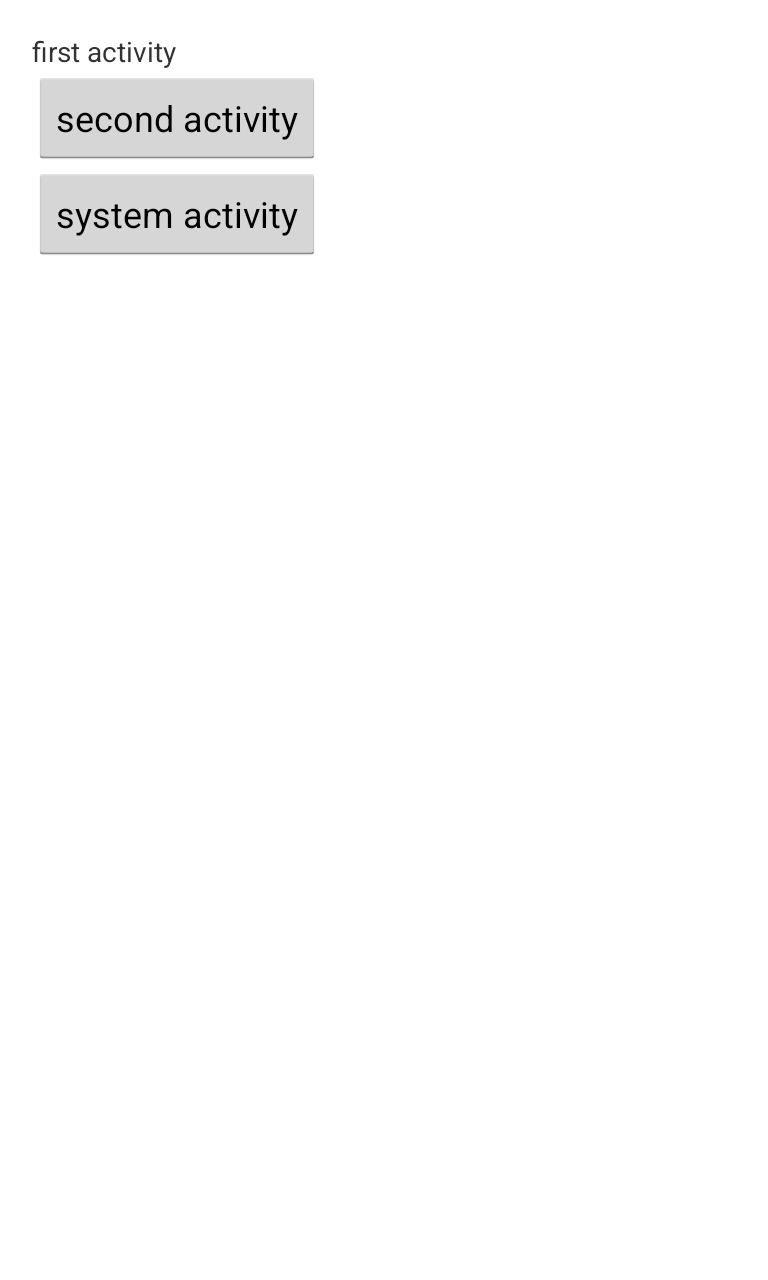
Repository: DongHuaLu/android
Layout: 23TwoActivity/res/layout/activity_main.xml
The author's editor kept a copy of each file at every save. The layout is drawn from the files as they stood at one save, then again after the next save.
It is drawn on a 768 x 1280 px phone screen (xhdpi) without system bars, with theme AppTheme; the app's code is not run.

Above is the layout before, as saved 2013-08-28 07:52:23.

After the next save:
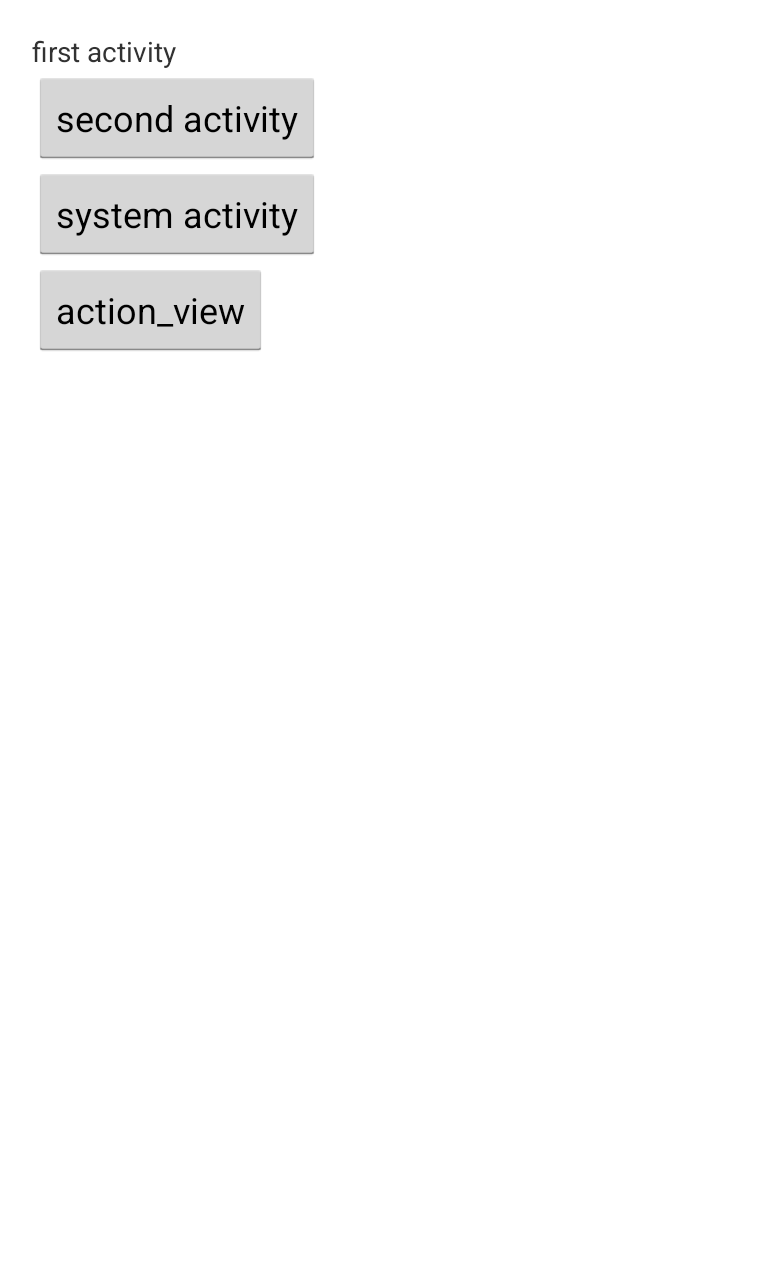
Saved 24 min 20 s later.
--- a/23TwoActivity/res/layout/activity_main.xml
+++ b/23TwoActivity/res/layout/activity_main.xml
@@ -27,4 +27,10 @@
         android:layout_height="wrap_content"
         android:text="system activity" />
 
+    <Button
+        android:id="@+id/button2"
+        android:layout_width="wrap_content"
+        android:layout_height="wrap_content"
+        android:text="action_view" />
+
 </LinearLayout>
